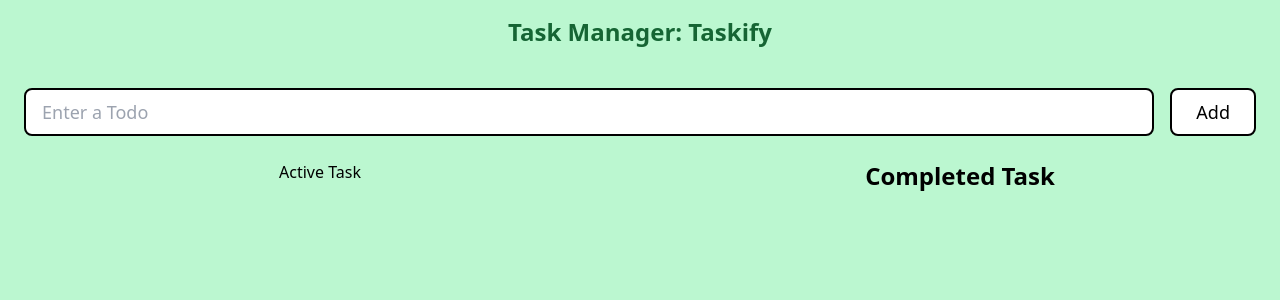
Repository: Dineshbhandari2023/Todo
Page: /
An editor plug-in stored every save of this project. The page is shown before and after the next save, followed by the edit.
The browser window is 1280 px wide. The pictures show the whole page.
Some web fonts or font styles are not loaded; a fallback is used. The project was rebuilt for these pictures with package versions that can differ from the ones it lists, and the page was loaded fresh each time. Also part of the build but not shown: src/Components/SingleTodo.tsx.

Above is the page before, as saved 2025-06-19 22:00:39.

After the next save:
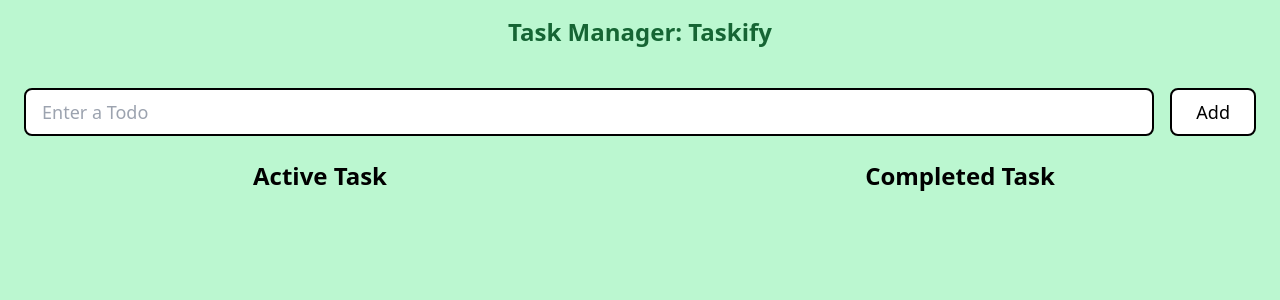
Saved 17 s later.
--- a/src/Components/TodoList.tsx
+++ b/src/Components/TodoList.tsx
@@ -11,7 +11,7 @@ const TodoList = ({ todos, setTodos }: Props) => {
   return (
     <div className="flex justify-between">
       <div className="w-2/4">
-        <h1 className="text-center">Active Task</h1>
+        <h1 className="text-center text-2xl font-extrabold">Active Task</h1>
         <div>
           {todos.map((todo) => (
             <SingleTodo
